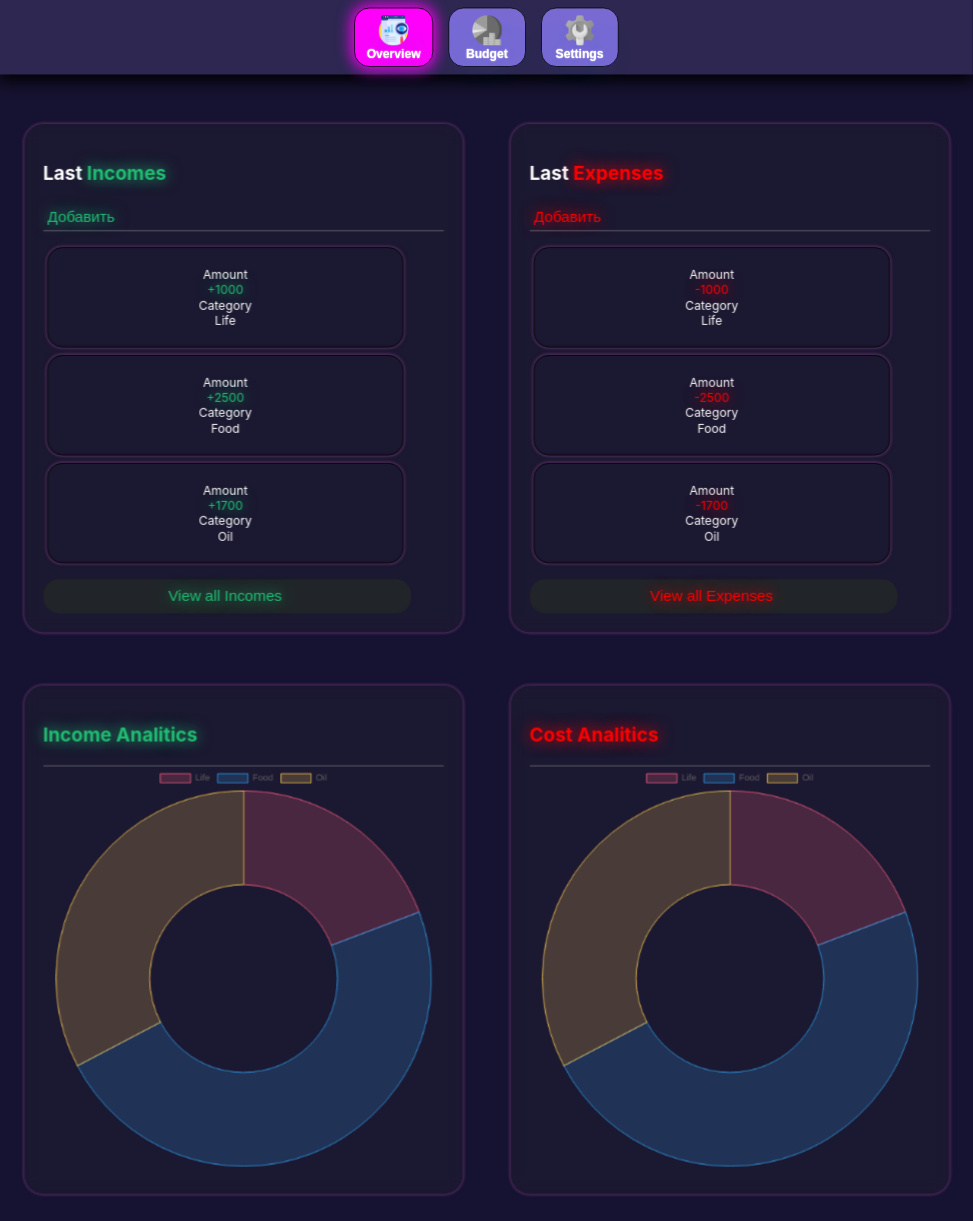
Repository: Minkeani/Money-Manager
Page: /Overview
An editor plug-in stored every save of this project. The page is shown before and after the next save, followed by the edit.
The browser window is 1280 px wide. The pictures show the whole page, at 76% of full size.
The project was rebuilt for these pictures with package versions that can differ from the ones it lists, and the page was loaded fresh each time. Also part of the build but not shown: src/components/Budget/Budget.module.css, src/components/Budget/Budget.jsx, src/components/Add/Add.module.css, src/components/Add/Add.jsx, src/components/Settings/Settings.jsx, src/components/NotFound/NotFound.module.css, src/components/NotFound/NotFound.jsx.

Above is the page before, as saved 2022-07-20 22:30:39.

After the next save:
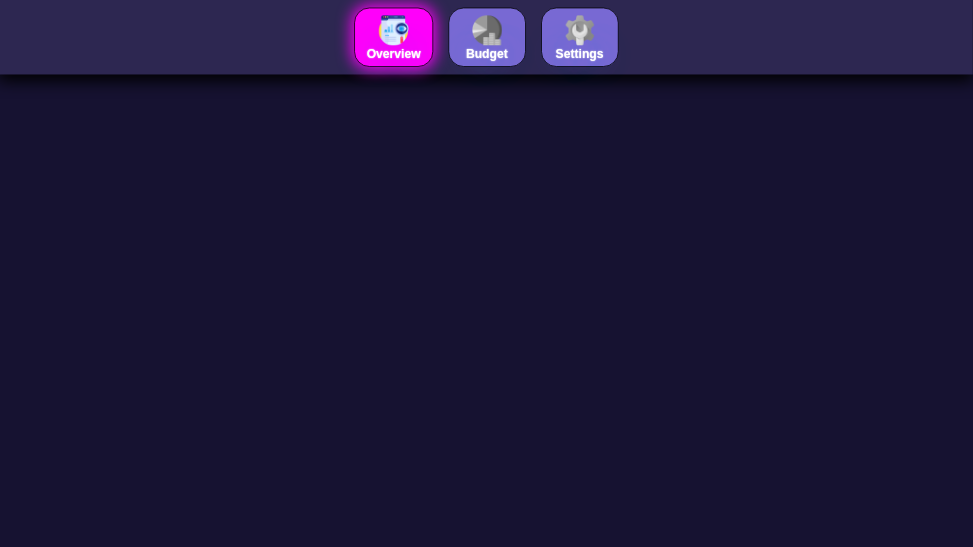
Saved 2 min 13 s later.
--- a/src/components/Overview/Overview.jsx
+++ b/src/components/Overview/Overview.jsx
@@ -2,6 +2,7 @@
 import OverviewBlock from '../OverviewBlocks/OverviewBlock/OverviewBlock'
 import styles from './Overview.module.css'
 import Charts from '../OverviewBlocks/OverviewCharts/Charts'
+import { render } from '@testing-library/react'
 
 export default function Overview() {
 
@@ -68,7 +69,7 @@
 ])
 
 console.log(data);
-  return (
+  return render(
     <div className={styles.container}>
       <OverviewBlock data={data}/>
       <Charts data={data}/>

After the save that followed:
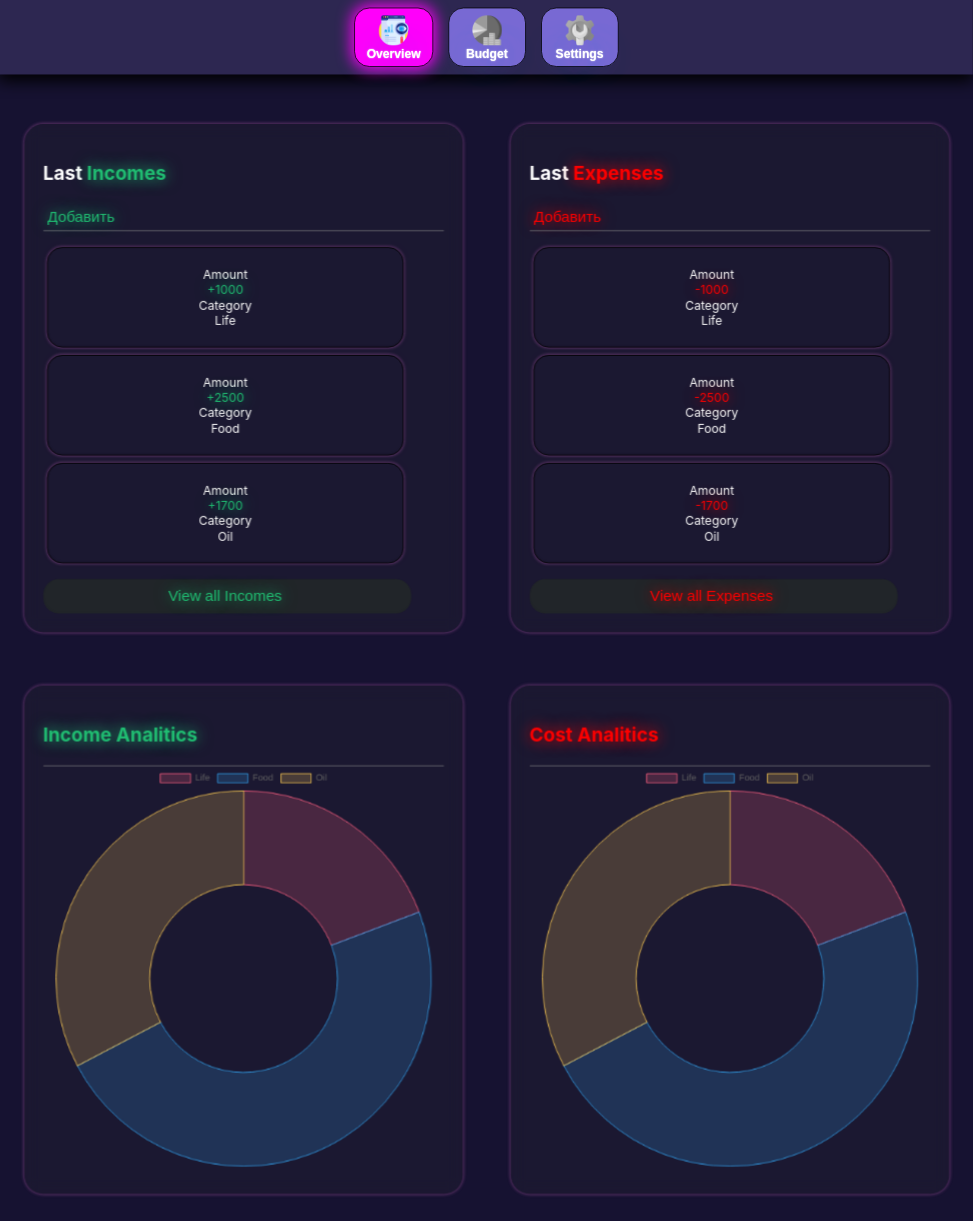
Saved 29 s later.
--- a/src/components/Overview/Overview.jsx
+++ b/src/components/Overview/Overview.jsx
@@ -69,7 +69,7 @@
 ])
 
 console.log(data);
-  return render(
+  return (
     <div className={styles.container}>
       <OverviewBlock data={data}/>
       <Charts data={data}/>
